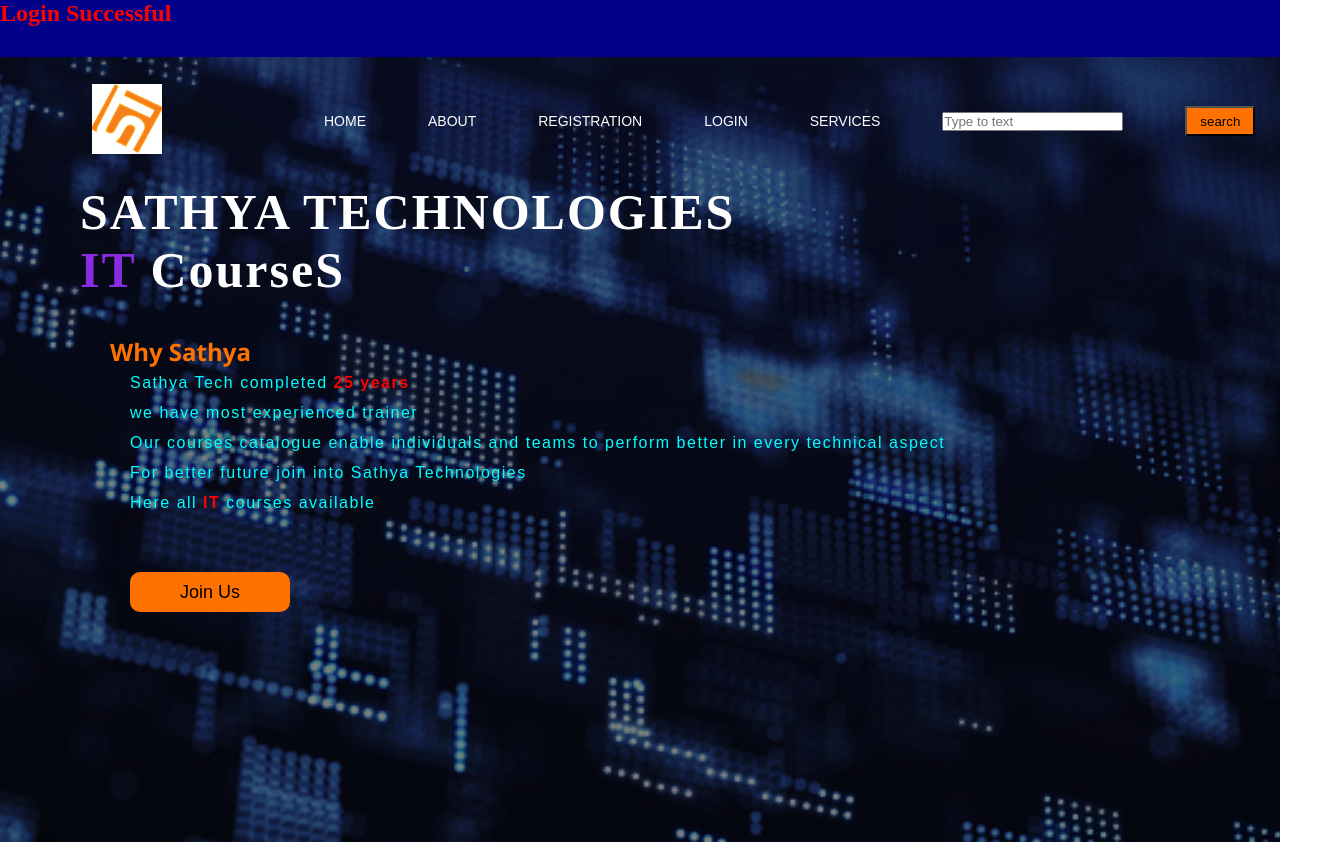
Repository: sainath0323/Website-design-using-J2EE
Page: http://localhost/AdvanceJavaApplication/loginsuccess.jsp
An editor plug-in stored every save of this project. The page is shown before and after the next save, followed by the edit.
The browser window is 1280 px wide. The page is 1317 px wide, so the pictures cover 1317 px, including what lies to the right of the window. The pictures show the whole page.
The page is served by Tomcat 9.

Above is the page before, as saved 2023-04-26 08:22:03.

After the next save:
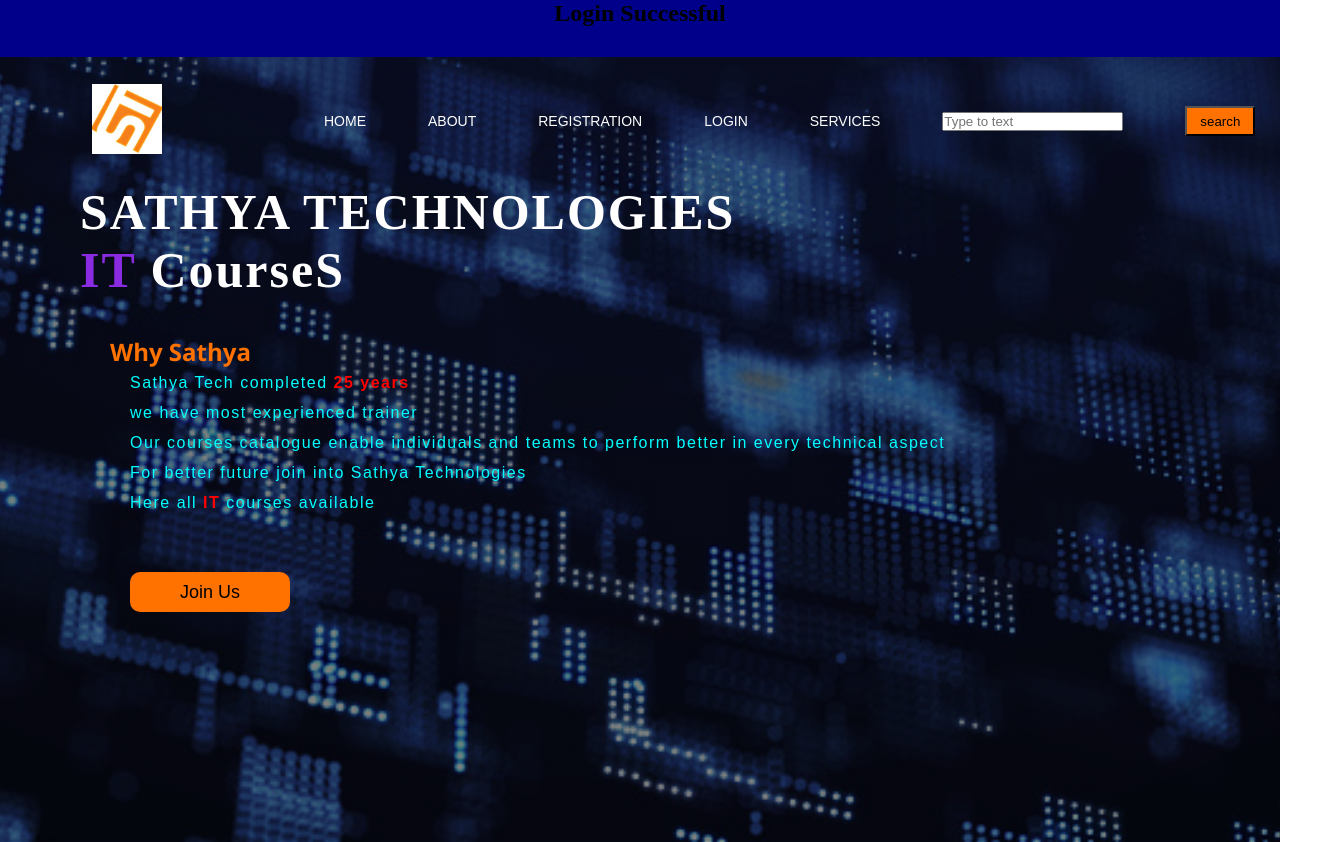
Saved 41 s later.
--- a/AdvanceJavaApplication/src/main/webapp/loginsuccess.jsp
+++ b/AdvanceJavaApplication/src/main/webapp/loginsuccess.jsp
@@ -5,7 +5,7 @@
 </head>
 <body>
 <div style="background-color: darkblue">
-<h2 style="color: red" >Login Successful</h2>
+<h2 style="text-align: center; " >Login Successful</h2>
 <jsp:include page="index.html"></jsp:include>
 </div>
 </body>
